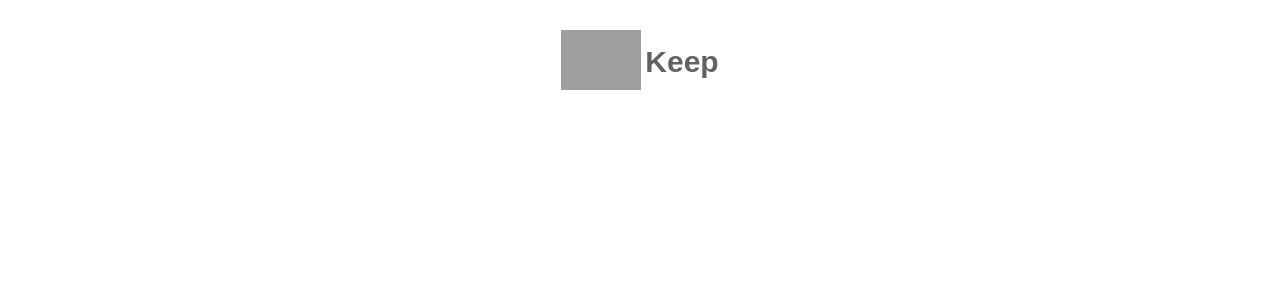
Repository: Bartolomeuss/Google-Keep-Clone
Page: index.html
The author's editor kept a copy of each file at every save. The page is drawn from the files as they stood at one save, then again after the next save.
The browser window is 1280 px wide. The pictures show the whole page.
Pictures or frames that could not be fetched are drawn as grey boxes.

Above is the page before, as saved 2021-02-06 09:18:13.

After the next save:
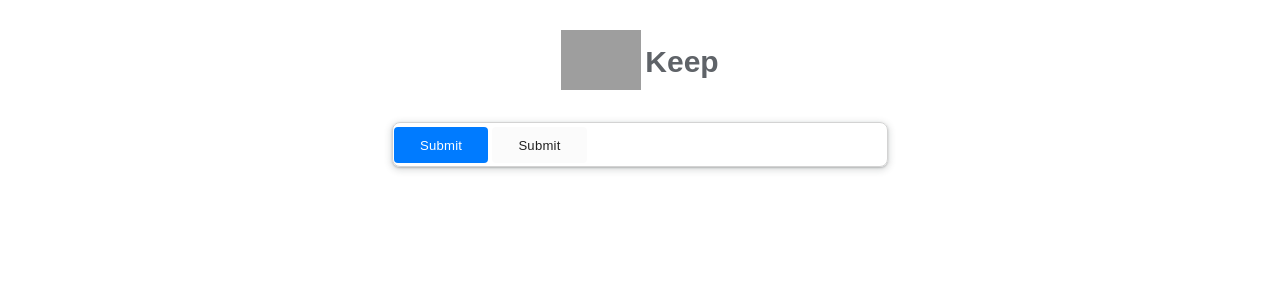
Saved 10 min 58 s later.
--- a/index.html
+++ b/index.html
@@ -14,6 +14,18 @@
             src="https://www.gstatic.com/images/branding/product/1x/keep_48dp.png">
             <h2 class="header-title">Keep</h2>
         </header>
+        <div id="form-container">
+            <form id="form" autocomplete="off">
+                <input id="note-title" placeholder="" type="text">
+                <input id="note-title" placeholder="" type="text">
+                <div id="from-buttons">
+                    <button id="submit-button" type="submit">Submit</button>
+                    <button id="form-close-button" type="button">Submit</button>
+                </div>
+
+            </form>
+
+        </div>
     </main>
 
 
